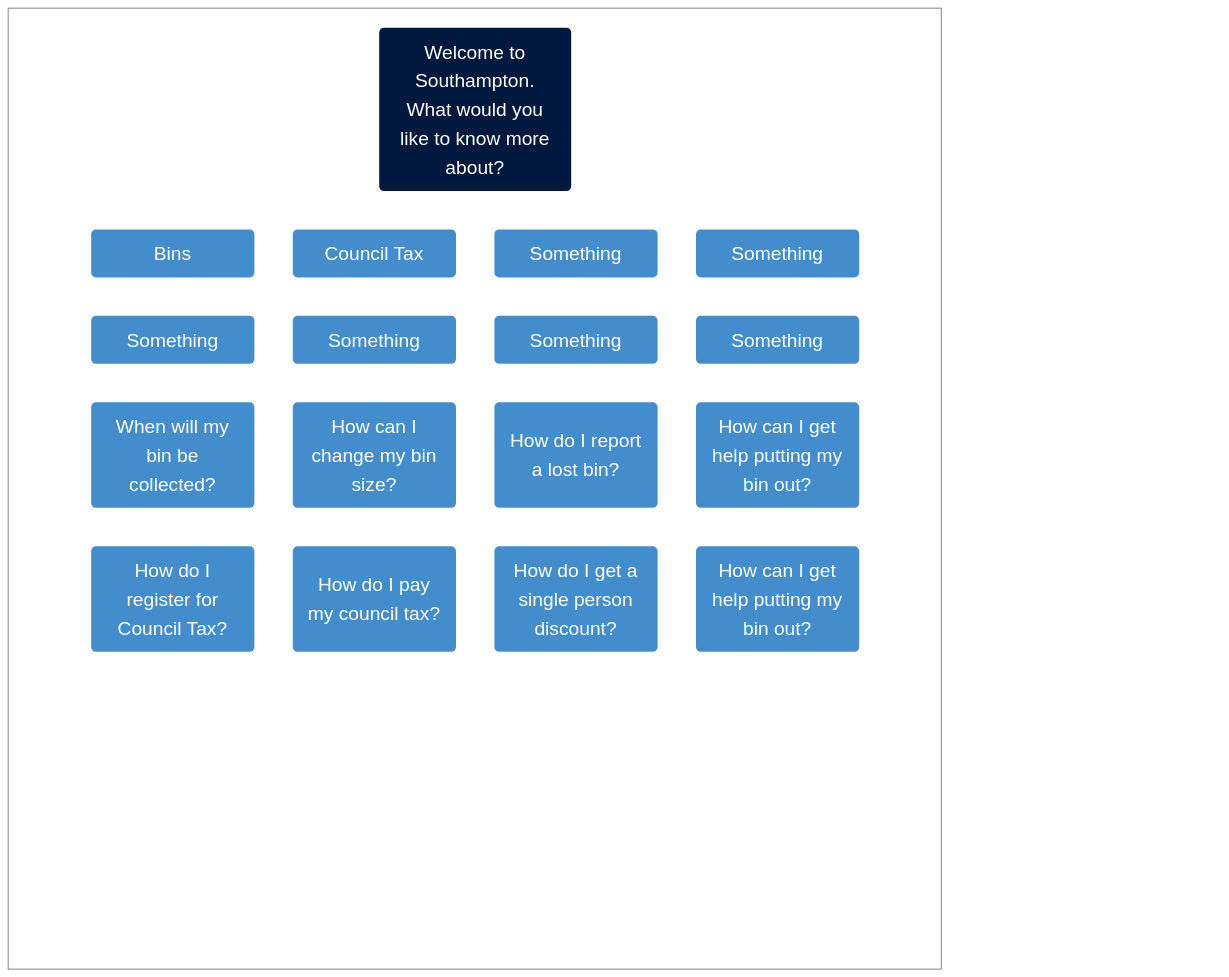
Repository: Domehead123/test
Page: index.html
The author's editor kept a record of every edit. The page is drawn from the files as they stood at one moment, then again after the next edit.
The browser window is 1280 px wide. The pictures show the whole page, at 96% of full size.

Above is the page before.

### index.html
<!DOCTYPE html>
<html lang="en">
<head>
    <meta charset="UTF-8">
    <meta name="viewport" content="width=device-width, initial-scale=1.0">
    <meta http-equiv="X-UA-Compatible" content="ie=edge">
<script src="https://ajax.googleapis.com/ajax/libs/jquery/3.4.1/jquery.min.js"></script>
    <script type="text/javascript" src="assets/new-resident.js"></script>
        <link rel="stylesheet" href="assets/style.css" type="text/css" />
    <title>Document</title>
</head>
<body>
    <div class="page-container">
    <div id="top-box">Welcome to Southampton. What would you like to know more about?</div>
    <div class="option-container" id="container0">
    <div class="bottom-box" id="option1"><span>Bins</span></div>
    <div class="bottom-box" id="option2"><span>Council Tax</span></div>
    <div class="bottom-box" id="option3"><span>Something</span></div>
    <div class="bottom-box" id="option4"><span>Something</span></div>
    <div class="bottom-box" id="option5"><span>Something</span></div>
    <div class="bottom-box" id="option6"><span>Something<span></div>
    <div class="bottom-box" id="option7"><span>Something<span></div>
    <div class="bottom-box" id="option8"><span>Something<span></div>
    </div>


    <div class="option-container" id="container1">
    <div class="bottom-box"><span>When will my bin be collected?</span></div>
    <div class="bottom-box"><span>How can I change my bin size?</span></div>
    <div class="bottom-box"><span>How do I report a lost bin?</span></div>
    <div class="bottom-box"><span>How can I get help putting my bin out?</span></div>
    </div>

    <div class="option-container" id="container2">
    <div class="bottom-box" id="option1"><span>How do I register for Council Tax?</span></div>
    <div class="bottom-box" id="option2"><span>How do I pay my council tax?</span></div>
    <div class="bottom-box" id="option3"><span>How do I get a single person discount?</span></div>
    <div class="bottom-box" id="option4"><span>How can I get help putting my bin out?</span></div>
    </div>

    <div id="restart">Back</div>
</body>
</html>

### assets/new-resident.js

$(document).ready(function() {

$(".bottom-box").click(function() {
    $('#restart').show();
});


$("#option1").click(function() {
   $("#top-box").text("What would you like to know about bins?")
   $("#option1").children().html("<a href='https://www.southampton.gov.uk/bins-recycling/bins/'>When will my bin be collected?</a>");
   $("#option2").children().html("<a href='https://www.southampton.gov.uk/bins-recycling/bins/bin-size.aspx'>How can I change my bin size?</a>");
    $("#option3").children().html("<a href='https://www.southampton.gov.uk/bins-recycling/bins/lost-bin.aspx'>How do I report a lost bin?</a>");
    $("#option4").children().html("<a href='https://www.southampton.gov.uk/bins-recycling/bins/need-help-putting-your-bins-out.aspx'>How can I get help putting my bin out?</a>");
    $("#option5").hide();
    $("#option6").hide();
    $("#option7").hide();
    $("#option8").hide();
});


$("#option2").click(function() {
   $("#top-box").text("What would you like to know about Council Tax?")
   $("#option1").children().html("<a href='https://www.southampton.gov.uk/council-tax/your-council-tax/change-address.aspx'>How do I register for Council Tax?</a>");
   $("#option2").children().html("<a href='https://www.southampton.gov.uk/council-tax/your-council-tax/'>How do I pay my council tax?</a>");

    $("#option3").children().html("<a href='https://www.southampton.gov.uk/council-tax/discounts-exemptions/single-person-discount.aspx'>How do I get a single person discount?</a>");
    $("#option4").children().html("<a href='https://www.southampton.gov.uk/council-tax/discounts-exemptions/'>Where can I find out about council tax examptions?</a>");
    $("#option5").children().html("<a href='https://www.southampton.gov.uk/council-tax/information/wrong-band.aspx'>What do I do if I think my council tax band is wrong?</a>");
    $("#option6").children().html("<a href='https://www.southampton.gov.uk/council-tax/information/understanding-council-tax-bill.aspx'>How can I understand my council tax bill?</a>");
  $("#option7").children().html("<a href='https://www.southampton.gov.uk/council-tax/information/understanding-council-tax-bill.aspx'>How can I understand my council tax bill?</a>");
    $("#option8").hide();
});

$('#restart').click(function() {
    location.reload();
});


});

### assets/style.css

.page-container {
    max-width: 871px;
    background: #fff;
    border: 1px solid grey;
    padding: 0 50px;
    height: 1000px;
}


#top-box {
    background: #00193c;
    color: #fff;
    border-radius: 5px;
    box-sizing: border-box;
    width: 200px;
    text-align: center;
    margin: 20px auto;
    font-family: "franklin-gothic-urw",sans-serif;
    font-size: 20px;
    line-height: 30px;
    padding: 10px 15px;
}

.option-container {
text-align: center;
display: flex;
flex-wrap: wrap;
justify-content: center;

}

.bottom-box {
    width: 170px;
        background: #438dcc;
    color: #fff;
    border-radius: 5px;
    box-sizing: border-box;
    margin: 20px;
    font-family: "franklin-gothic-urw",sans-serif;
    font-size: 20px;
    line-height: 30px;
    padding: 10px 15px;
    transition: 0.4s all;
    display: flex;

     align-items: center;
     text-align: center;

}

.bottom-box span {
  margin: 0 auto;
}

.bottom-box span a {
    color: #fff!important;
    text-decoration: none !important;
}

.bottom-box:hover {
    background: #00193c;
}

#restart {
        background: #aaa;
    color: #fff;
    border-radius: 5px;
    box-sizing: border-box;
    width: 200px;
  margin: 20px auto;
    font-family: "franklin-gothic-urw",sans-serif;
        padding: 10px 15px;
        font-size: 20px;
        text-align: center;
        transition: 0.4s all;
        display:none;

}

#restart:hover {
    background: #000;
}

After the next edit:
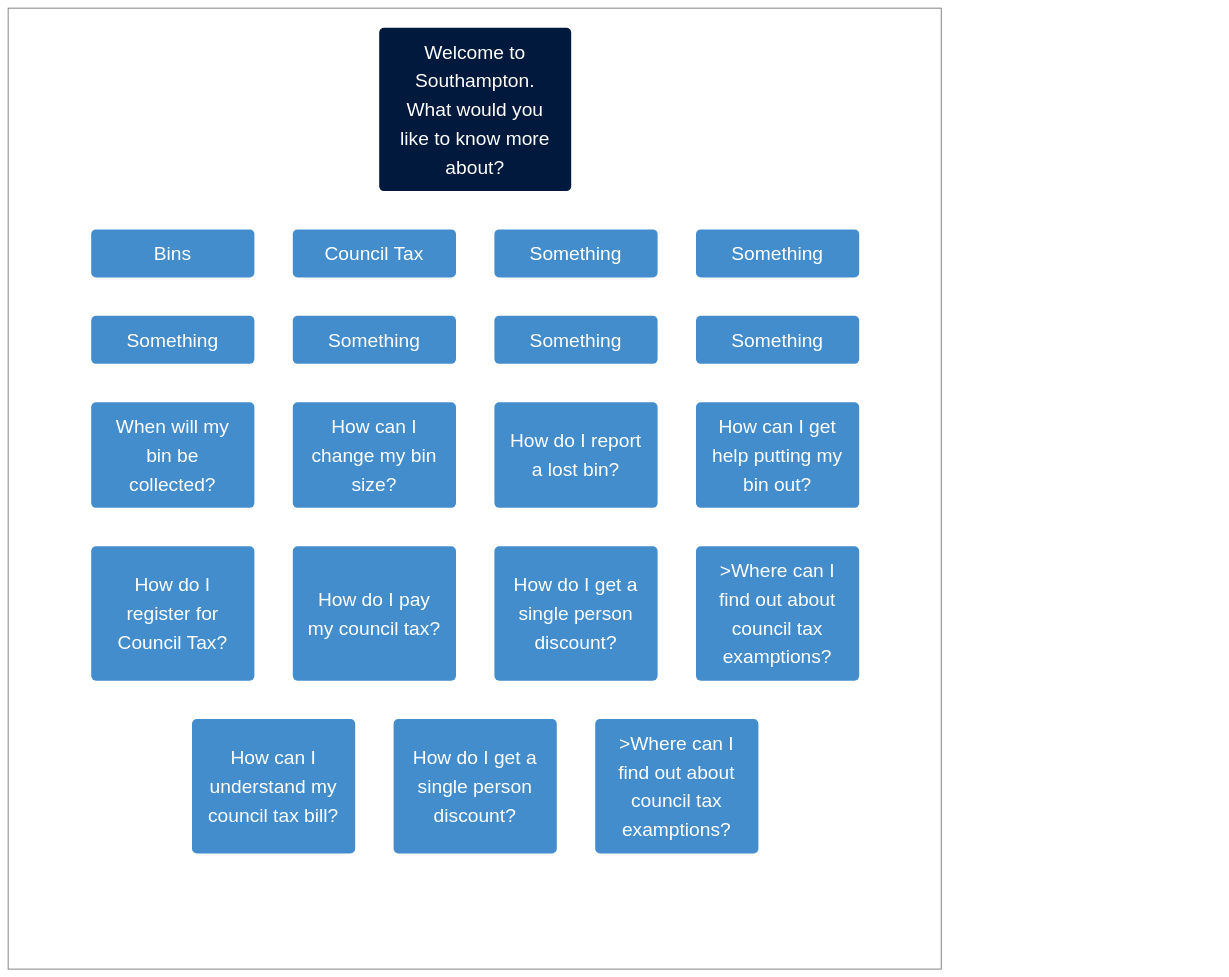
The edit:
--- a/index.html
+++ b/index.html
@@ -32,10 +32,13 @@
     </div>
 
     <div class="option-container" id="container2">
-    <div class="bottom-box" id="option1"><span>How do I register for Council Tax?</span></div>
-    <div class="bottom-box" id="option2"><span>How do I pay my council tax?</span></div>
-    <div class="bottom-box" id="option3"><span>How do I get a single person discount?</span></div>
-    <div class="bottom-box" id="option4"><span>How can I get help putting my bin out?</span></div>
+    <div class="bottom-box"><span>How do I register for Council Tax?</span></div>
+    <div class="bottom-box"><span>How do I pay my council tax?</span></div>
+    <div class="bottom-box"><span>How do I get a single person discount?</span></div>
+    <div class="bottom-box"><span>>Where can I find out about council tax examptions?</span></div>
+    <div class="bottom-box"><span>How can I understand my council tax bill?</span></div>
+    <div class="bottom-box"><span>How do I get a single person discount?</span></div>
+    <div class="bottom-box"><span>>Where can I find out about council tax examptions?</span></div>
     </div>
 
     <div id="restart">Back</div>
